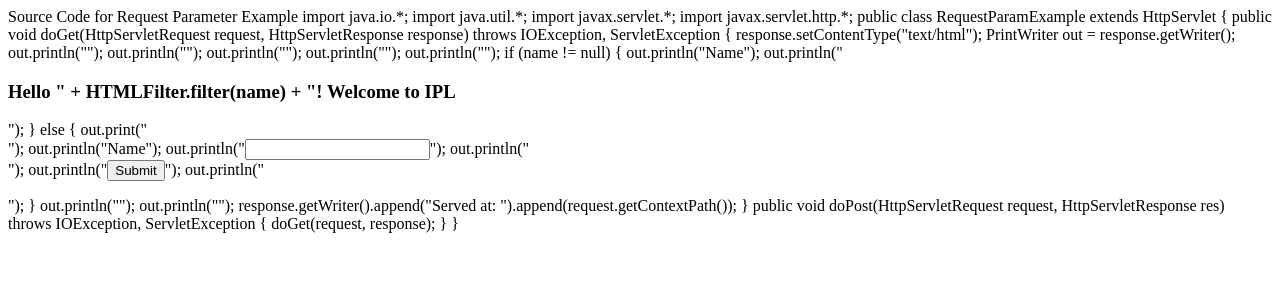
Repository: umng/Learn-to-Program
Page: Java/CTS_SFDC/workspace/Validate Player details/WebContent/index.html
The author's editor kept a copy of each file at every save. The page is drawn from the files as they stood at one save, then again after the next save.
The browser window is 1280 px wide. The pictures show the whole page.

Above is the page before, as saved 2017-02-23 08:26:05.

After the next save:
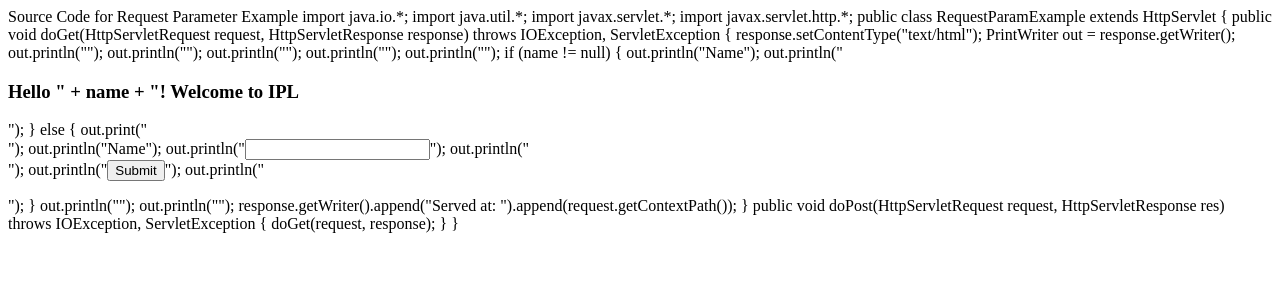
Saved 18 s later.
--- a/Java/CTS_SFDC/workspace/Validate Player details/WebContent/index.html
+++ b/Java/CTS_SFDC/workspace/Validate Player details/WebContent/index.html
@@ -20,7 +20,7 @@
         out.println("<body>");
         if (name != null) {
             out.println("Name");
-            out.println("<h3>Hello " + HTMLFilter.filter(name) + "! Welcome to IPL</h3>");
+            out.println("<h3>Hello " + name + "! Welcome to IPL</h3>");
         } else {
 	        out.print("<form action=\"");
 	        out.print("index.html\" ");
